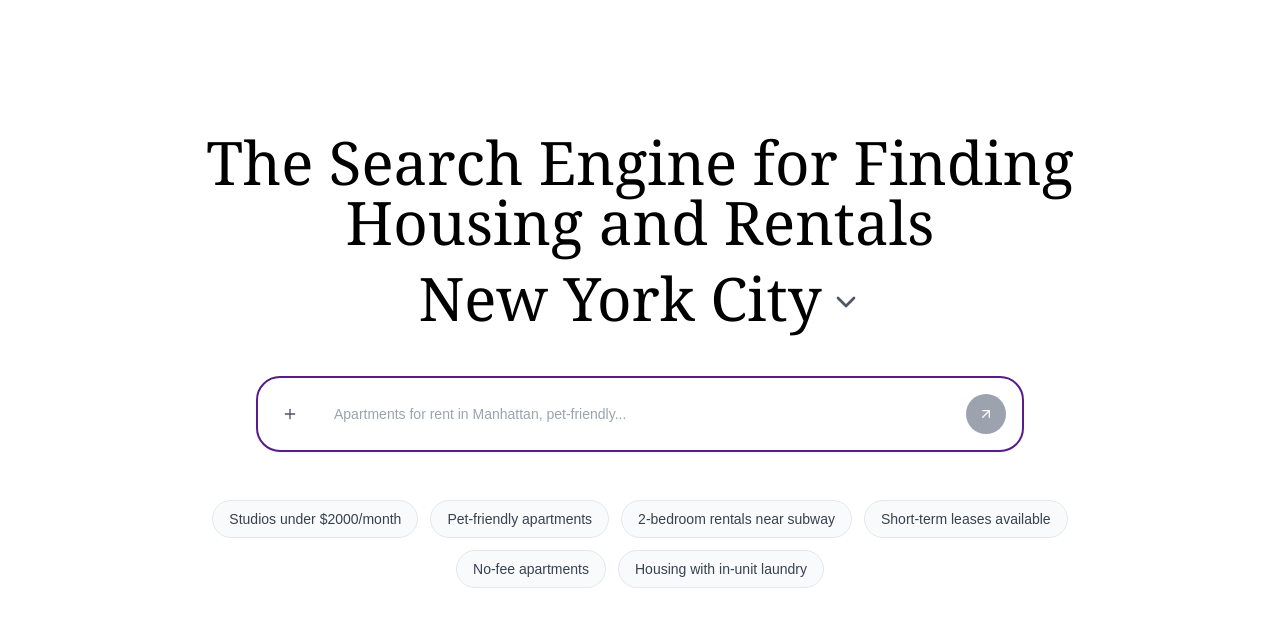
Repository: nicholaschen09/ai-agent-housing
Page: /
An editor plug-in stored every save of this project. The page is shown before and after the next save, followed by the edit.
The browser window is 1280 px wide. The pictures show the whole page.
The project was rebuilt for these pictures with package versions that can differ from the ones it lists, and the page was loaded fresh each time. The framework's server and built-in components were replaced by stand-ins that run in the browser. Also part of the build but not shown: next.config.mjs.

Above is the page before, as saved 2025-06-09 01:44:57.

### app/page.tsx
import { ArrowUp, Plus, Sparkles, ChevronDown } from "lucide-react"
import { Button } from "@/components/ui/button"
import { Input } from "@/components/ui/input"

export default function Component() {
  const searchSuggestions = [
    "Studios under $2000/month",
    "Pet-friendly apartments",
    "2-bedroom rentals near subway",
    "Short-term leases available",
    "No-fee apartments",
    "Housing with in-unit laundry",
  ]

  return (
    <div className="min-h-screen bg-white flex flex-col items-center justify-center px-6 py-16">
      <div className="max-w-4xl w-full text-center space-y-12">
        {/* Main Heading */}
        <div className="space-y-4">
          <h1 className="text-5xl md:text-6xl font-serif text-black leading-tight">The Search Engine for Finding Housing and Rentals</h1>
          <div className="flex items-center justify-center gap-2">
            <h2 className="text-5xl md:text-6xl font-serif text-black">New York City</h2>
            <ChevronDown className="w-8 h-8 text-gray-600 mt-2" />
          </div>
        </div>

        {/* Search Bar */}
        <div className="relative max-w-3xl mx-auto">
          <div className="relative bg-white rounded-3xl border-2 border-purple-900 p-4 shadow-sm">
            <div className="flex items-center gap-4">
              <Button size="sm" variant="ghost" className="rounded-full w-8 h-8 p-0 hover:bg-gray-100">
                <Plus className="w-4 h-4 text-gray-600" />
              </Button>

              <Input
                type="text"
                placeholder="Apartments for rent in Manhattan, pet-friendly..."
                className="flex-1 text-lg border-0 bg-transparent focus-visible:ring-0 focus-visible:ring-offset-0 placeholder:text-gray-400"
              />

              <div className="flex items-center gap-2">
                <Button size="sm" className="rounded-full w-10 h-10 p-0 bg-gray-400 hover:bg-gray-500 ml-2">
                  <ArrowUp className="w-4 h-4 rotate-45" />
                </Button>
              </div>
            </div>
          </div>
        </div>

        {/* Search Suggestions */}
        <div className="flex flex-wrap justify-center gap-3 max-w-4xl mx-auto">
          {searchSuggestions.map((suggestion, index) => (
            <Button
              key={index}
              variant="outline"
              className="rounded-full bg-gray-50 hover:bg-gray-100 text-gray-700 border-gray-200 px-4 py-2 h-auto text-sm"
            >
              {suggestion}
            </Button>
          ))}
        </div>
      </div>
    </div>
  )
}

### components/ui/button.tsx
import * as React from "react"
import { Slot } from "@radix-ui/react-slot"
import { cva, type VariantProps } from "class-variance-authority"

import { cn } from "@/lib/utils"

const buttonVariants = cva(
  "inline-flex items-center justify-center gap-2 whitespace-nowrap rounded-md text-sm font-medium ring-offset-background transition-colors focus-visible:outline-none focus-visible:ring-2 focus-visible:ring-ring focus-visible:ring-offset-2 disabled:pointer-events-none disabled:opacity-50 [&_svg]:pointer-events-none [&_svg]:size-4 [&_svg]:shrink-0",
  {
    variants: {
      variant: {
        default: "bg-primary text-primary-foreground hover:bg-primary/90",
        destructive:
          "bg-destructive text-destructive-foreground hover:bg-destructive/90",
        outline:
          "border border-input bg-background hover:bg-accent hover:text-accent-foreground",
        secondary:
          "bg-secondary text-secondary-foreground hover:bg-secondary/80",
        ghost: "hover:bg-accent hover:text-accent-foreground",
        link: "text-primary underline-offset-4 hover:underline",
      },
      size: {
        default: "h-10 px-4 py-2",
        sm: "h-9 rounded-md px-3",
        lg: "h-11 rounded-md px-8",
        icon: "h-10 w-10",
      },
    },
    defaultVariants: {
      variant: "default",
      size: "default",
    },
  }
)

export interface ButtonProps
  extends React.ButtonHTMLAttributes<HTMLButtonElement>,
    VariantProps<typeof buttonVariants> {
  asChild?: boolean
}

const Button = React.forwardRef<HTMLButtonElement, ButtonProps>(
  ({ className, variant, size, asChild = false, ...props }, ref) => {
    const Comp = asChild ? Slot : "button"
    return (
      <Comp
        className={cn(buttonVariants({ variant, size, className }))}
        ref={ref}
        {...props}
      />
    )
  }
)
Button.displayName = "Button"

export { Button, buttonVariants }

### components/ui/input.tsx
import * as React from "react"

import { cn } from "@/lib/utils"

const Input = React.forwardRef<HTMLInputElement, React.ComponentProps<"input">>(
  ({ className, type, ...props }, ref) => {
    return (
      <input
        type={type}
        className={cn(
          "flex h-10 w-full rounded-md border border-input bg-background px-3 py-2 text-base ring-offset-background file:border-0 file:bg-transparent file:text-sm file:font-medium file:text-foreground placeholder:text-muted-foreground focus-visible:outline-none focus-visible:ring-2 focus-visible:ring-ring focus-visible:ring-offset-2 disabled:cursor-not-allowed disabled:opacity-50 md:text-sm",
          className
        )}
        ref={ref}
        {...props}
      />
    )
  }
)
Input.displayName = "Input"

export { Input }

Loaded but not shown: app/layout.tsx (common file); app/globals.css (common file); lib/utils.ts (common file); tailwind.config.ts (common file)

After the next save:
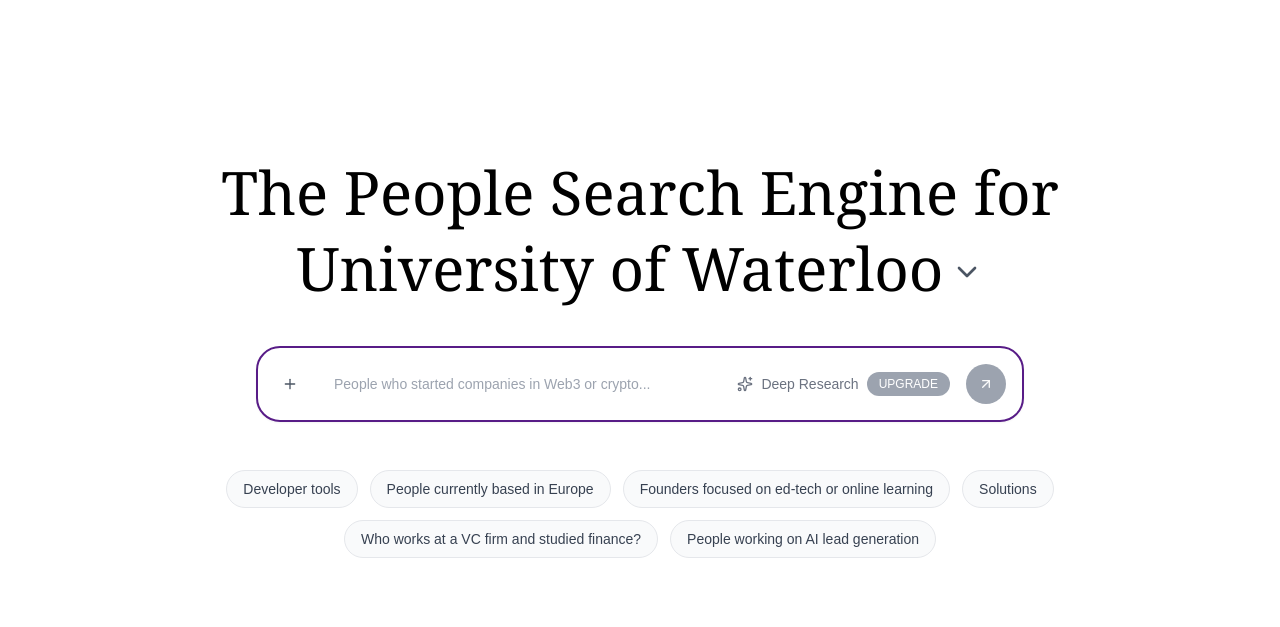
Saved 3 h 54 min later.
--- a/app/page.tsx
+++ b/app/page.tsx
@@ -4,12 +4,12 @@
 
 export default function Component() {
   const searchSuggestions = [
-    "Studios under $2000/month",
-    "Pet-friendly apartments",
-    "2-bedroom rentals near subway",
-    "Short-term leases available",
-    "No-fee apartments",
-    "Housing with in-unit laundry",
+    "Developer tools",
+    "People currently based in Europe",
+    "Founders focused on ed-tech or online learning",
+    "Solutions",
+    "Who works at a VC firm and studied finance?",
+    "People working on AI lead generation",
   ]
 
   return (
@@ -17,9 +17,9 @@
       <div className="max-w-4xl w-full text-center space-y-12">
         {/* Main Heading */}
         <div className="space-y-4">
-          <h1 className="text-5xl md:text-6xl font-serif text-black leading-tight">The Search Engine for Finding Housing and Rentals</h1>
+          <h1 className="text-5xl md:text-6xl font-serif text-black leading-tight">The People Search Engine for</h1>
           <div className="flex items-center justify-center gap-2">
-            <h2 className="text-5xl md:text-6xl font-serif text-black">New York City</h2>
+            <h2 className="text-5xl md:text-6xl font-serif text-black">University of Waterloo</h2>
             <ChevronDown className="w-8 h-8 text-gray-600 mt-2" />
           </div>
         </div>
@@ -34,11 +34,24 @@
 
               <Input
                 type="text"
-                placeholder="Apartments for rent in Manhattan, pet-friendly..."
+                placeholder="People who started companies in Web3 or crypto..."
                 className="flex-1 text-lg border-0 bg-transparent focus-visible:ring-0 focus-visible:ring-offset-0 placeholder:text-gray-400"
               />
 
               <div className="flex items-center gap-2">
+                <div className="flex items-center gap-2 text-gray-500">
+                  <Sparkles className="w-4 h-4" />
+                  <span className="text-sm">Deep Research</span>
+                </div>
+
+                <Button
+                  size="sm"
+                  variant="secondary"
+                  className="rounded-full bg-gray-400 hover:bg-gray-500 text-white text-xs px-3 py-1 h-6"
+                >
+                  UPGRADE
+                </Button>
+
                 <Button size="sm" className="rounded-full w-10 h-10 p-0 bg-gray-400 hover:bg-gray-500 ml-2">
                   <ArrowUp className="w-4 h-4 rotate-45" />
                 </Button>
